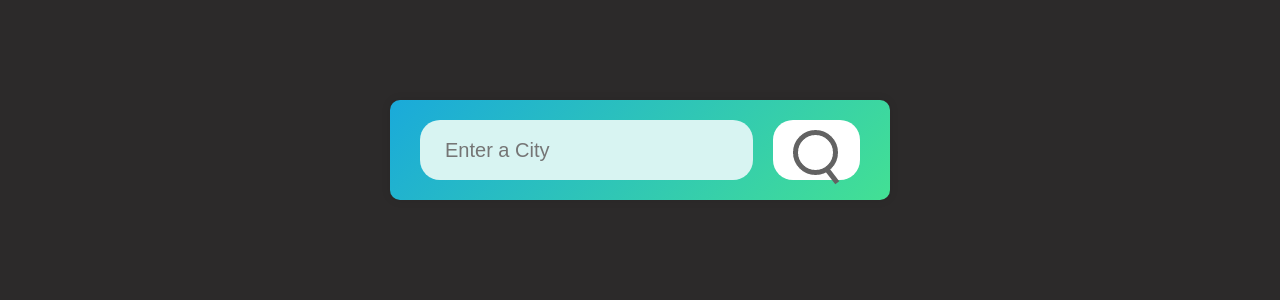
Repository: Haakim19/weatherApp
Page: index.html
The author's editor kept a copy of each file at every save. The page is drawn from the files as they stood at one save, then again after the next save.
The browser window is 1280 px wide. The pictures show the whole page.

Above is the page before, as saved 2024-11-16 21:07:10.

After the next save:
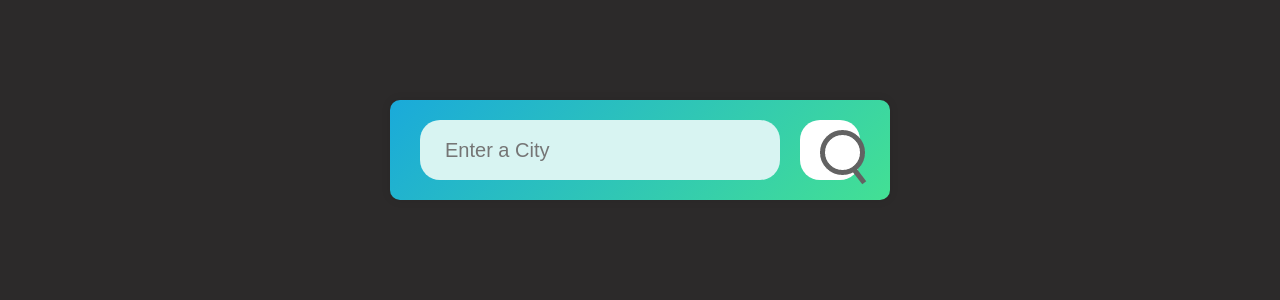
Saved 15 s later.
--- a/style.css
+++ b/style.css
@@ -45,4 +45,5 @@ body{
     font-size: 20px;
     cursor: pointer;
     height: 60px;
+    width: 60px;
 }
